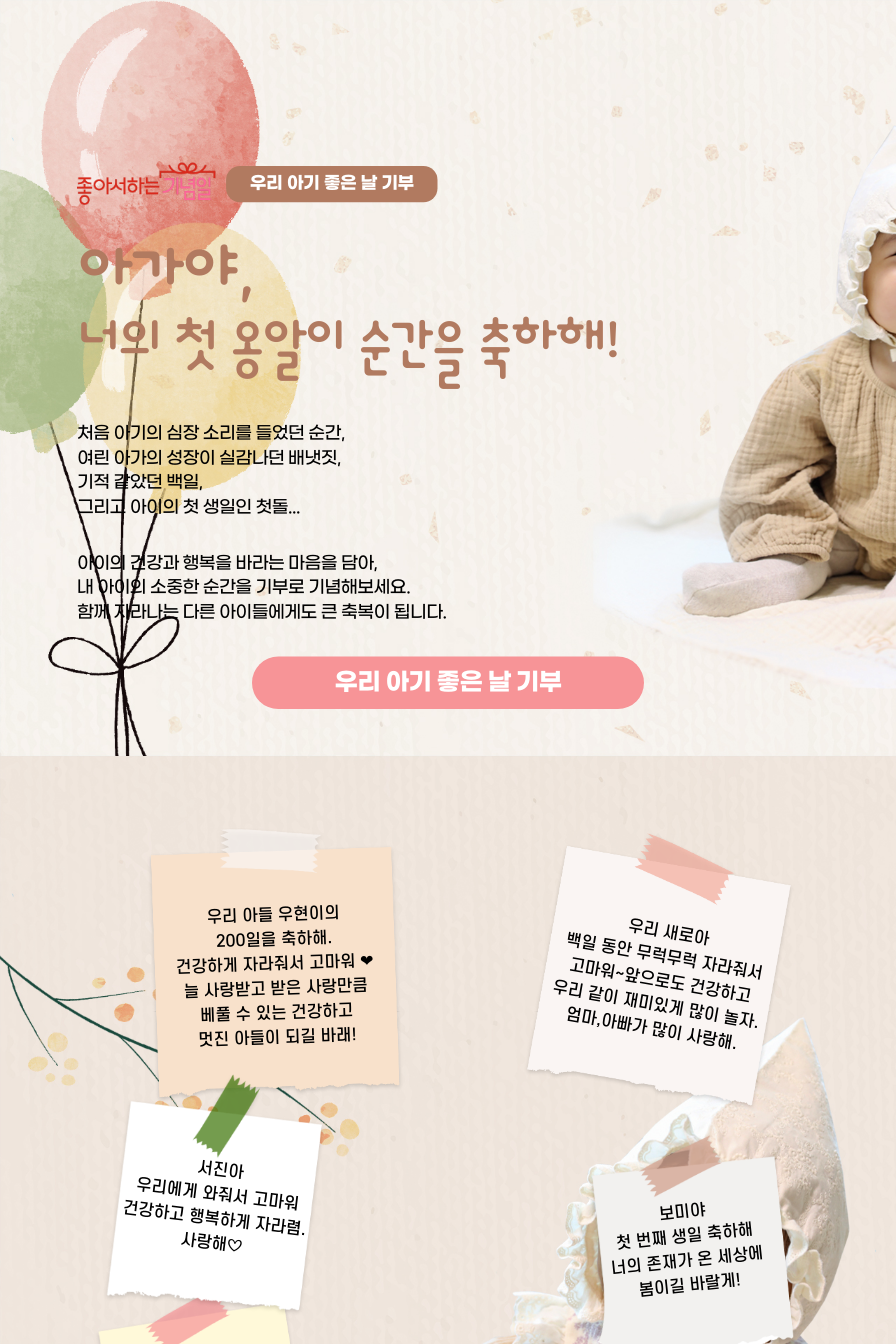
Repository: dlgywls1130/save_the_children
Page: index.html
These files come from the project's save history. The page is drawn as it stood at one moment and after the next save; the edit follows.
The browser window is 1280 px wide. The pictures show the part of the page from y = 0 to 1920 px (the page is 8338 px tall), at 70% of full size.

Above is the page before, as saved 2023-12-13 12:09:47.

After the next save:
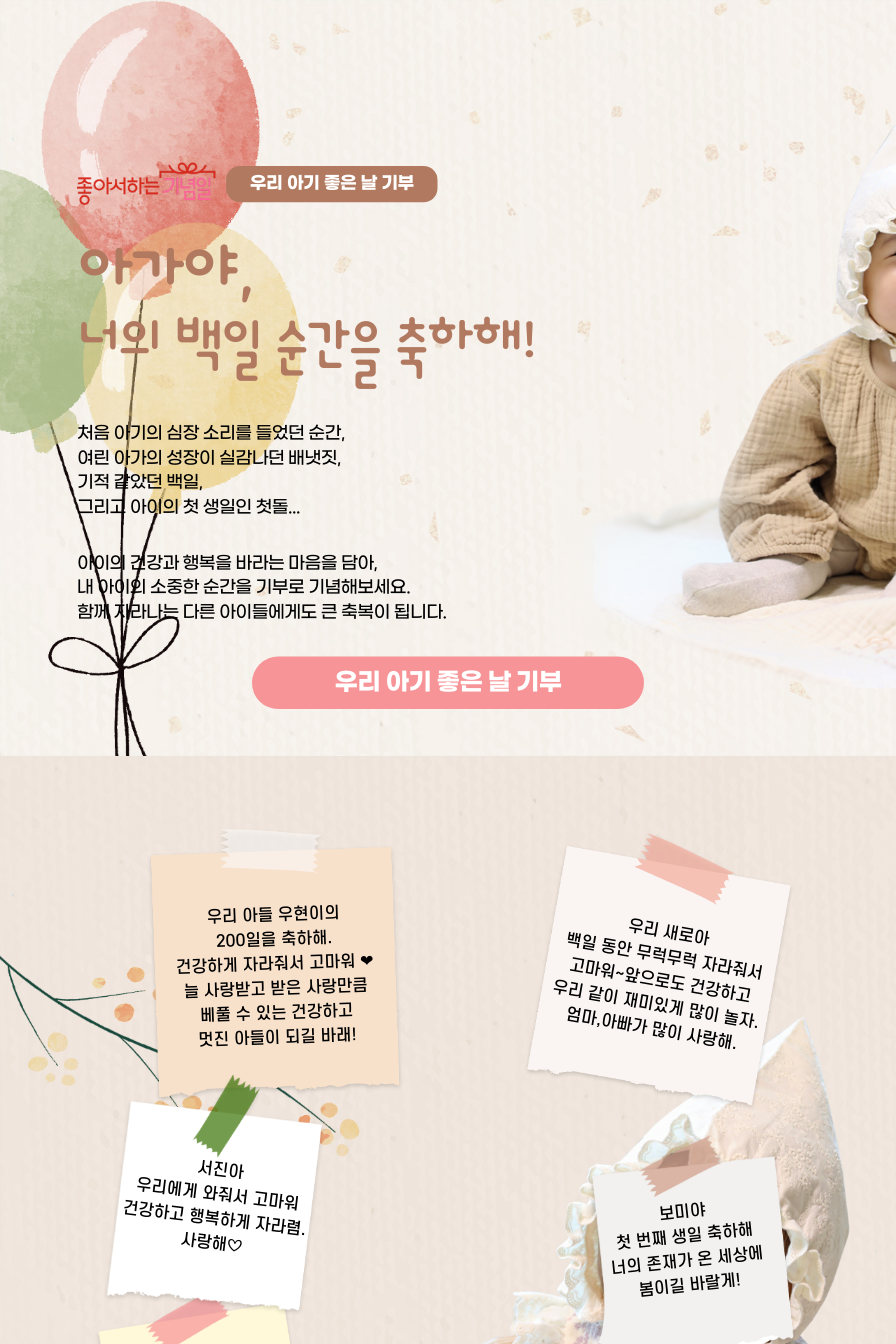
Saved 83 s later.
--- a/js/main.js
+++ b/js/main.js
@@ -34,15 +34,12 @@
 $(document).ready(function() {
     var words = ["탄생", "백일", "첫 옹알이", "첫 뒤집기", "첫 나들이", "첫 이유식", "첫돌", "첫 걸음마", "모든"],
         i = 0;
-
-    setInterval(function() {
+    var interval = setInterval(function() {
       $('#rollingText').fadeOut(function() {
-        $(this).text(words[i = (i + 1) % words.length]).fadeIn();
+        $(this).text(words[i++]).fadeIn();
       });
-      // 마지막 단어에 도달했을 때 애니메이션을 멈추고 싶다면 여기에 조건문을 추가하세요.
-      if (i === words.length - 1) {
-        $('#rollingText').css('animation', 'none');
-        clearInterval(this);
+      if (i >= words.length) { // '모든'에 도달했을 때
+        clearInterval(interval); // interval을 멈춥니다.
       }
-    }, 2000); // 여기서 2000은 롤링 간격을 의미합니다 (2초).
+    }, 2000); // 2초마다 변경
   });
